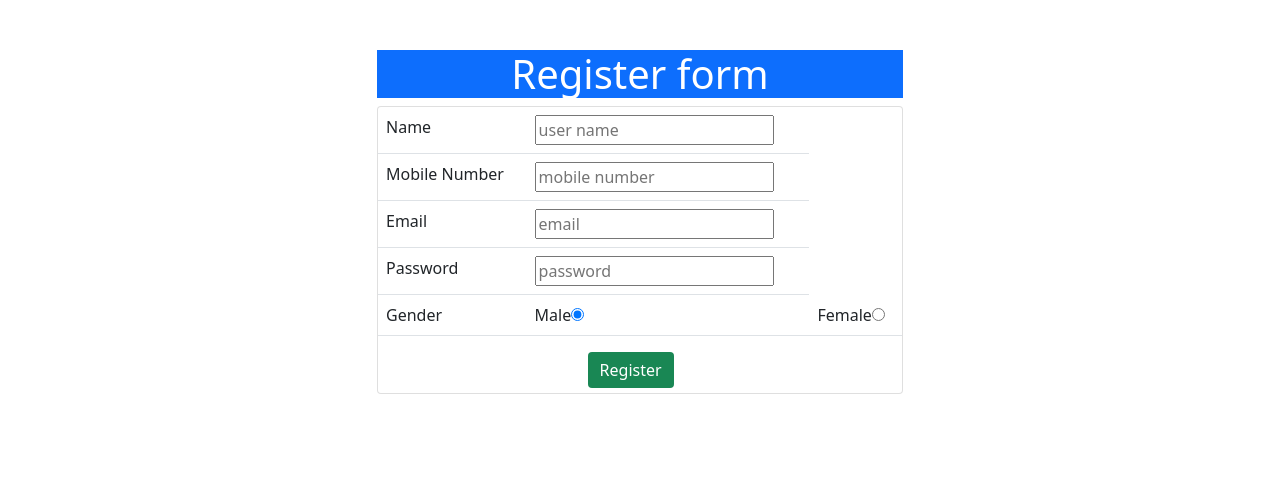
Repository: Hari-mani-don/JavaDynamicProjectWorkspace
Page: AddUpdateDelete/src/main/webapp/registerForm.html
The author's editor kept a copy of each file at every save. The page is drawn from the files as they stood at one save, then again after the next save.
The browser window is 1280 px wide. The pictures show the whole page.

Above is the page before, as saved 2024-05-11 19:14:54.

After the next save:
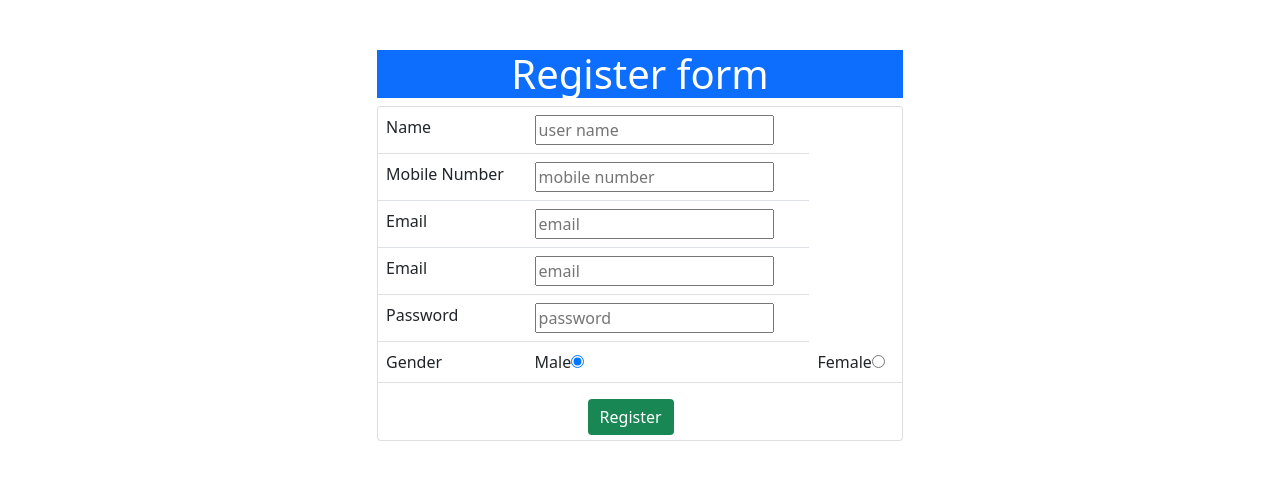
Saved 2 min 19 s later.
--- a/AddUpdateDelete/src/main/webapp/registerForm.html
+++ b/AddUpdateDelete/src/main/webapp/registerForm.html
@@ -29,6 +29,11 @@
 						placeholder="email"></td>
 				</tr>
 				<tr>
+					<td>Email</td>
+					<td><input type="email" id="email" name="registerEmail"
+						placeholder="email"></td>
+				</tr>
+				<tr>
 					<td>Password</td>
 					<td><input type="password" id="password"
 						name="registerPassword" placeholder="password"></td>
